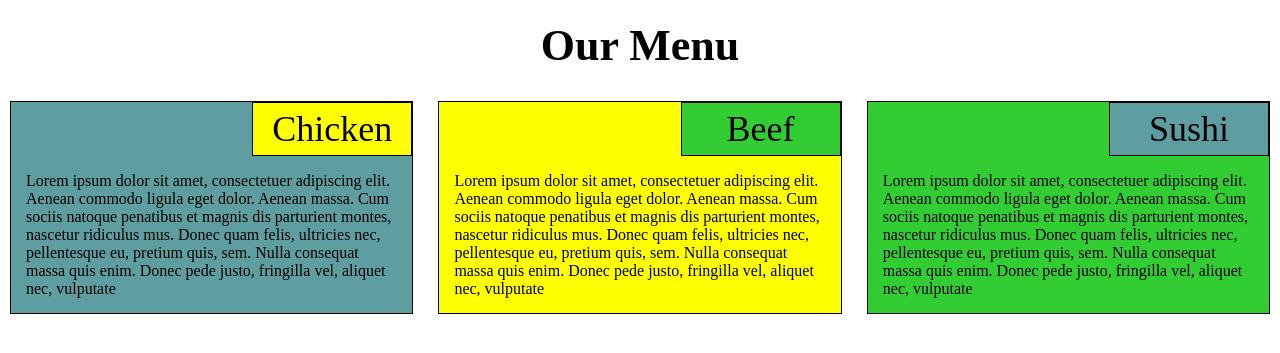
Repository: Normandy72/module2-solution
Page: index.html
These files come from the project's save history. The page is drawn as it stood at one moment and after the next save; the edit follows.
The browser window is 1280 px wide. The pictures show the whole page.
Some web fonts or font styles are not loaded; a fallback is used.

Above is the page before, as saved 2022-12-05 15:40:29.

### index.html
<!DOCTYPE html>
<html lang="en">
<head>
    <meta charset="UTF-8">
    <meta http-equiv="X-UA-Compatible" content="IE=edge">
    <meta name="viewport" content="width=device-width, initial-scale=1.0">
    <title>Our menu</title>
    <link href="https://fonts.googleapis.com/css2?family=Comic+Neue:ital,wght@0,300;0,400;0,700;1,300;1,400;1,700&family=Roboto:ital,wght@0,100;0,300;0,400;0,500;0,700;0,900;1,100;1,300;1,400;1,500;1,700;1,900&display=swap" rel="stylesheet">
    <link rel="stylesheet" href="styles/style.css">
</head>
<body>
    <h1>Our Menu</h1>
    <div class="wrapper">
        <div class="card">
            <div class="card__name">Chicken</div>
            <p class="card__text">Lorem ipsum dolor sit amet, consectetuer adipiscing elit. Aenean commodo ligula eget dolor. Aenean massa. Cum sociis natoque penatibus et magnis dis parturient montes, nascetur ridiculus mus. Donec quam felis, ultricies nec, pellentesque eu, pretium quis, sem. Nulla consequat massa quis enim. Donec pede justo, fringilla vel, aliquet nec, vulputate</p>
        </div>
        <div class="card">
            <div class="card__name">Beef</div>
            <p class="card__text">Lorem ipsum dolor sit amet, consectetuer adipiscing elit. Aenean commodo ligula eget dolor. Aenean massa. Cum sociis natoque penatibus et magnis dis parturient montes, nascetur ridiculus mus. Donec quam felis, ultricies nec, pellentesque eu, pretium quis, sem. Nulla consequat massa quis enim. Donec pede justo, fringilla vel, aliquet nec, vulputate</p>
        </div>
        <div class="card">
            <div class="card__name">Sushi</div>
            <p class="card__text">Lorem ipsum dolor sit amet, consectetuer adipiscing elit. Aenean commodo ligula eget dolor. Aenean massa. Cum sociis natoque penatibus et magnis dis parturient montes, nascetur ridiculus mus. Donec quam felis, ultricies nec, pellentesque eu, pretium quis, sem. Nulla consequat massa quis enim. Donec pede justo, fringilla vel, aliquet nec, vulputate</p>
        </div>
    </div>
</body>
</html>

### styles/style.css
*{
    font-family: 'Comic Neue', cursive;
    font-size: 10px;

    margin: 0;
    padding: 0;
    box-sizing: border-box;
}

h1{
    font-size: 4.4rem;
    text-align: center;

    padding-top: 20px;
    padding-bottom: 30px;
}

.wrapper{
    display: flex;
    justify-content: space-between;
    padding-left: 10px;
    padding-right: 10px;
}

.card{
    width: 32%;
    margin-bottom: 30px;
    position: relative;
    border: 1px solid black;
}

.card__name{
    border: 1px solid black;
    font-size: 3.6rem;
    padding: 5px;
    text-align: center;
    width: 160px;
    position: absolute;
    top: 0;
    right: 0;
}

.card__text{
    font-size: 1.6rem;
    padding: 70px 15px 15px;
}

.card:nth-child(1){
    background-color: cadetblue;
}

.card:nth-child(2){
    background-color: yellow;
}

.card:nth-child(3){
    background-color: limegreen;
}

.card:nth-child(1) .card__name{
    background-color: yellow;
}

.card:nth-child(2) .card__name{
    background-color: limegreen;
}

.card:nth-child(3) .card__name{
    background-color: cadetblue;
}

@media screen and (min-width: 768px) and (max-width: 991px) {
    .wrapper{
        flex-wrap: wrap;
    }

    .card:nth-child(1), .card:nth-child(2){
        width: 49%;
    }

    .card:nth-child(3){
        width: 100%;
    }
}

@media  screen and (max-width: 768px) {
    .wrapper{
        flex-wrap: wrap;
    }

    .card:nth-child(1), .card:nth-child(2), .card:nth-child(3)    {
        width: 100%;
    }

}

After the next save:
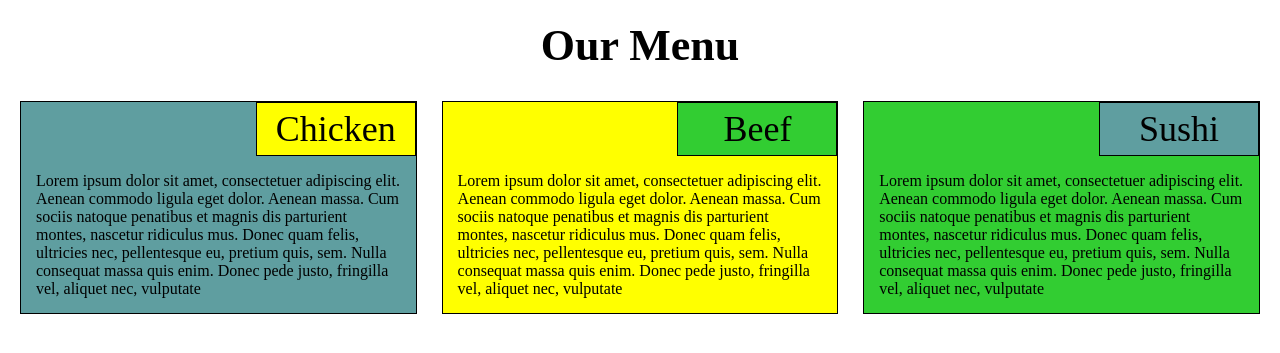
Saved 18 min 34 s later.
--- a/styles/style.css
+++ b/styles/style.css
@@ -18,8 +18,8 @@ h1{
 .wrapper{
     display: flex;
     justify-content: space-between;
-    padding-left: 10px;
-    padding-right: 10px;
+    padding-left: 20px;
+    padding-right: 20px;
 }
 
 .card{
